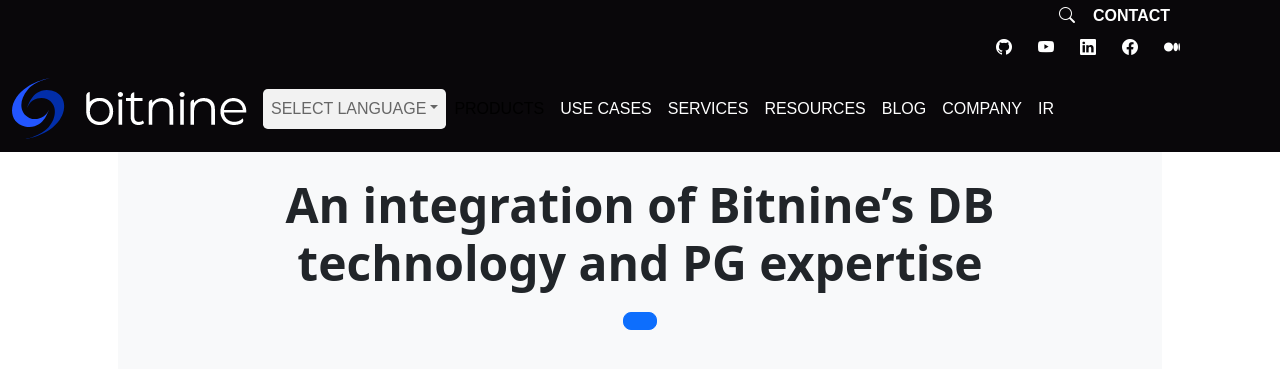
Repository: devblackie/signinpage
Page: /
The author's editor kept a copy of each file at every save. The page is drawn from the files as they stood at one save, then again after the next save.
The browser window is 1280 px wide. The pictures show the whole page.
Some web fonts or font styles are not loaded; a fallback is used. The project was rebuilt for these pictures with package versions that can differ from the ones it lists, and the page was loaded fresh each time. Also part of the build but not shown: vite.config.js, src/components/Signup.jsx, src/components/Login.jsx, src/components/Dashboard.jsx, src/components/ProtectedDashboard.jsx.

Above is the page before, as saved 2023-08-28 13:27:26.

### index.html
<!doctype html>
<html lang="en">
  <head>
    <meta charset="UTF-8" />
    <link rel="preconnect" href="https://fonts.googleapis.com">
<link rel="preconnect" href="https://fonts.gstatic.com" crossorigin>
<link href="https://fonts.googleapis.com/css2?family=Monda:wght@400;700&display=swap" rel="stylesheet">
    <link rel="stylesheet" href="https://cdn.jsdelivr.net/npm/bootstrap-icons@1.10.5/font/bootstrap-icons.css">
    <link href="https://cdn.jsdelivr.net/npm/bootstrap@5.3.1/dist/css/bootstrap.min.css" rel="stylesheet" integrity="sha384-4bw+/aepP/YC94hEpVNVgiZdgIC5+VKNBQNGCHeKRQN+PtmoHDEXuppvnDJzQIu9" crossorigin="anonymous">
    <meta name="viewport" content="width=device-width, initial-scale=1.0" />
    <title>Bitnine Login</title>
  </head>
  <body>
    <div id="root"></div>
    <script type="module" src="/src/main.jsx"></script>
    <script src="https://cdn.jsdelivr.net/npm/bootstrap@5.3.1/dist/js/bootstrap.bundle.min.js" integrity="sha384-HwwvtgBNo3bZJJLYd8oVXjrBZt8cqVSpeBNS5n7C8IVInixGAoxmnlMuBnhbgrkm" crossorigin="anonymous"></script>
  </body>
</html>

### src/App.jsx
import React, { useState } from "react";
import { BrowserRouter as Router, Route, Routes } from "react-router-dom";
import Signup from "./components/Signup";
import Login from "./components/Login";
import Dashboard from "./components/Dashboard";
import Home from "./components/Home";
import ProtectedDashboard from "./components/ProtectedDashboard";
import "./App.css";

const App = () => {
  const [isAuthenticated, setIsAuthenticated] = useState(false);

  const handleLogin = () => {
    setIsAuthenticated(true);
  };

  return (
    <Router>
      <Routes>
        <Route
          path="/dbo"
          element={
            <div>
              <Signup handleLogin={handleLogin} />
              {/* <Login handleLogin={handleLogin} /> */}
            </div>
          }
        />
        <Route
          path="/dashboard"
          // element={<ProtectedDashboard isAuthenticated={isAuthenticated} />}
          element={<Dashboard />}
        />
        <Route
          path="/"
          // element={<ProtectedDashboard isAuthenticated={isAuthenticated} />}
          element={<Home />}
        />
      </Routes>
    </Router>
  );
};

export default App;

### src/components/Home.jsx
import React from "react";
import Header from "./Header";

export default function Home() {
  return (
    <>
      <Header />
      <header className="py-5">
        <div className="container px-lg-5">
          <div className="p-4 p-lg-5 bg-light rounded-3 text-center">
            <div className="m-4 m-lg-5">
              <h1 className="display-5 fw-bold"></h1>
              <h1 className="display-5 fw-bold">An integration of Bitnine’s DB technology and PG expertise</h1>
              <p className="fs-4"></p>
              <p className="fs-4"></p>
              <p className="fs-4"></p>
              <a href="" className="btn btn-primary btn-lg"></a>
            </div>
          </div>
        </div>
      </header>
    </>
  );
}

### src/App.css
#root {
  max-width: 1280px;
  margin: 0 auto;
  padding: 2rem;
  text-align: center;
}
.btn1{background-color:#022ea9;
  color:#fff;
  outline:none;
  border:none;}
  .btn1:hover{
    color:orange;
    background-color:#022ea9;
  }


@media (prefers-reduced-motion: no-preference) {
  a:nth-of-type(2) .logo {
    animation: logo-spin infinite 20s linear;
  }
}

.card {
  padding: 2em;
}

.read-the-docs {
  color: #888;
}

### src/components/signup.css
form .error {
  color: red;
  font-size: 12px;
}
.form-container {
  background-image: url("../assets/map2.png");
  background-size: cover;
  background-repeat: no-repeat;
  font-family: "Monda", sans-serif;
  margin-top: 6em;
}
form {
  background-color: #f2f2f2;
  max-width: 300px;
  margin: 0 auto;
  padding: 20px;
  border: 1px solid #ccc;
  border-radius: 5px;
  box-shadow: 0 2px 4px rgba(0, 0, 0, 0.1);
}
form input {
  margin-bottom: 10px;
  padding: 8px;
  border: none;
  border-bottom: 1px solid #09070a;
  /* border-radius: 3px; */
  background-color: transparent;
}
input:focus,
input:focus-visible {
  outline: none;
  background-color: inherit;
}
form button {
  background-color: #022ea9;
  color: #fff;
  outline: none;
  border: none;
  border-radius: 8px;
  padding: 6px;
}
button:hover {
  color: orange;
  background-color: #022ea9;
}

### src/components/Header.jsx
import React from "react";
import "./style/navbar.css";
import Logo from "../assets/bitnine-logo_.png";

export default function Header() {
  return (
    <>
      <div className="fixed-top header">
        <header class="topbar">
          <div class="container">
            <div class="row">
              {/* <!-- social icon--> */}
              <div class="col-sm-12">
                <ul class="social-network">
                  <div className="hovver">
                    <li>
                      <a class="waves-effect waves-dark" id="hovver" href="#">
                        <i class="bi bi-search"></i>
                      </a>
                    </li>
                    <li>
                      <a
                        class="waves-effect waves-dark tact"
                        id="hovver"
                        href="#"
                      >
                        contact
                      </a>
                    </li>
                  </div>

                  <li>
                    <a class="waves-effect waves-dark" href="#">
                      <i class="bi bi-github"></i>
                    </a>
                  </li>
                  <li>
                    <a class="waves-effect waves-dark" href="#">
                      <i class="bi bi-youtube"></i>
                    </a>
                  </li>
                  <li>
                    <a class="waves-effect waves-dark" href="#">
                      <i class="bi bi-linkedin"></i>
                    </a>
                  </li>
                  <li>
                    <a class="waves-effect waves-dark" href="#">
                      <i class="bi bi-facebook"></i>
                    </a>
                  </li>
                  <li>
                    <a class="waves-effect waves-dark" href="#">
                      <i class="bi bi-medium"></i>
                    </a>
                  </li>
                </ul>
              </div>
            </div>
          </div>
        </header>
        <nav className="navbar navbar-expand-lg">
          <div className="container-fluid">
            <a className="navbar-brand" href="#">
              <img src={`${Logo}`} alt="logo" />
            </a>

            <div
              className="collapse navbar-collapse"
              id="navbarSupportedContent"
            >
              <ul className="navbar-nav me-auto mb-2 mb-lg-0">
                <li className="nav-item dropdown">
                  <a
                    className="nav-link dropdown-toggle color-tertiary"
                    href="#"
                    role="button"
                    data-bs-toggle="dropdown"
                    aria-expanded="false"
                  >
                    Select Language
                  </a>
                  <ul className="dropdown-menu">
                    <li>
                      <a className="dropdown-item" href="#">
                        English
                      </a>
                    </li>
                    <li>
                      <a className="dropdown-item" href="#">
                        한국
                      </a>
                    </li>
                  </ul>
                </li>
                <li className="nav-item">
                  <a className="nav-link active" aria-current="page" href="#">
                    products
                  </a>
                </li>
                <li className="nav-item">
                  <a className="nav-link" href="#">
                    use cases
                  </a>
                </li>
                <li className="nav-item">
                  <a className="nav-link" href="#">
                    services
                  </a>
                </li>
                <li className="nav-item">
                  <a className="nav-link" href="#">
                    resources
                  </a>
                </li>
                <li className="nav-item">
                  <a className="nav-link" href="#">
                    blog
                  </a>
                </li>
                <li className="nav-item">
                  <a className="nav-link" href="#">
                    company
                  </a>
                </li>
                <li className="nav-item">
                  <a className="nav-link" href="#">
                    ir
                  </a>
                </li>
              </ul>
              <button
                className="navbar-toggler btn-sm btn-outline-primary"
                type="button"
                data-bs-toggle="collapse"
                data-bs-target="#navbarSupportedContent"
                aria-controls="navbarSupportedContent"
                aria-expanded="false"
                aria-label="Toggle navigation"
              >
                <span className="navbar-toggler-icon">TRY FREE</span>
              </button>
            </div>
          </div>
        </nav>
      </div>
    </>
  );
}

### src/components/style/navbar.css
.header {
  background-color: #09070a;
  font-family: "Monda", sans-serif;
}
.nav-item .nav-link {
  color: #fff;
  text-transform: uppercase;
}
.nav-item .active {
  color: #d4c433;
}
.dropdown {
  background-color: #f2f2f2;
  border-radius: 0.3rem;
  .nav-link {
    color: #666666;
  }
}
.topbar {
  padding: 0;
}

.topbar .container .row {
  margin: -7px;
  padding: 0;
}

.topbar .container .row .col-md-12 {
  padding: 0;
}

.topbar p {
  margin: 0;
  display: inline-block;
  font-size: 13px;
  color: #f1f6ff;
}

.topbar p > i {
  margin-right: 5px;
}
.topbar p:last-child {
  text-align: right;
}

header .navbar {
  margin-bottom: 0;
}

.topbar li.topbar {
  display: inline;
  padding-right: 18px;
  line-height: 52px;
  transition: all 0.3s linear;
}

.topbar li.topbar:hover {
  color: #1bbde8;
}

.topbar ul.info i {
  color: #131313;
  font-style: normal;
  margin-right: 8px;
  display: inline-block;
  position: relative;
  top: 4px;
}

.topbar ul.info li {
  float: right;
  padding-left: 30px;
  color: #ffffff;
  font-size: 13px;
  line-height: 44px;
}

.topbar ul.info i span {
  color: #aaa;
  font-size: 13px;
  font-weight: 400;
  line-height: 50px;
  padding-left: 18px;
}

ul.social-network {
  border: none;
  margin: 0;
  padding: 0;
}

ul.social-network li {
  border: none;
  margin: 0;
}
ul.social-network li a {
  text-decoration: none;
  text-transform: uppercase;
}
ul.social-network li a#hovver:hover {
  color: #666666;
  font-weight: 700;
  font-family: "Monda", sans-serif;
}
ul.social-network li a.tact {
  /* color:red; */
  font-weight: 700;
  font-family: "Monda", sans-serif;
  margin-right: 2rem;
  padding-right: 2rem;
}
ul.social-network li i {
  margin: 0;
}

ul.social-network li {
  display: inline;
  margin: 0 5px;
  border: 0px solid #2d2d2d;
  padding: 5px 0 0;
  width: 32px;
  display: inline-block;
  text-align: center;
  height: 32px;
  vertical-align: baseline;
  color: #000;
}

ul.social-network {
  list-style: none;
  margin: 5px 0 10px -25px;
  float: right;
}

.waves-effect {
  position: relative;
  cursor: pointer;
  display: inline-block;
  overflow: hidden;
  -webkit-user-select: none;
  -moz-user-select: none;
  -ms-user-select: none;
  user-select: none;
  -webkit-tap-highlight-color: transparent;
  vertical-align: middle;
  z-index: 1;
  will-change: opacity, transform;
  transition: 0.3s ease-out;
  color: #fff;
}

Loaded but not shown: src/main.jsx (common file)

After the next save:
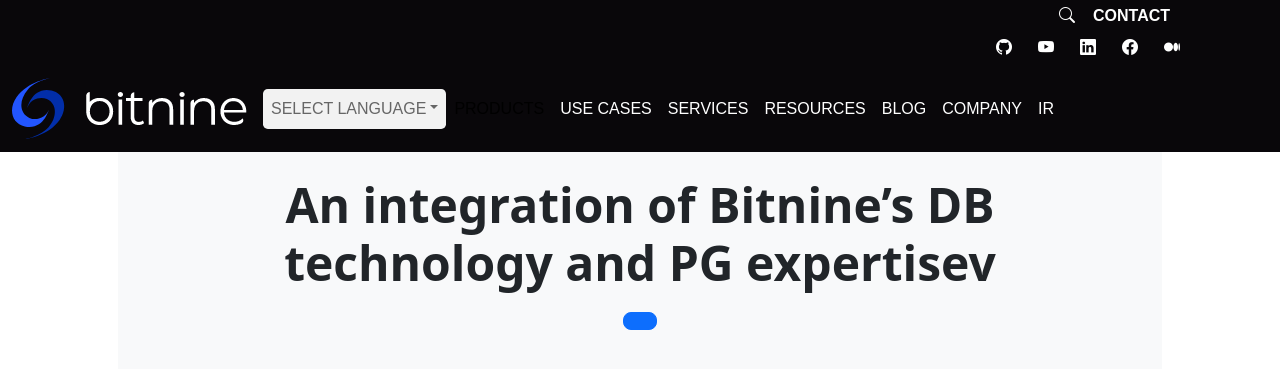
Saved 5 s later.
--- a/src/components/Home.jsx
+++ b/src/components/Home.jsx
@@ -10,7 +10,7 @@
           <div className="p-4 p-lg-5 bg-light rounded-3 text-center">
             <div className="m-4 m-lg-5">
               <h1 className="display-5 fw-bold"></h1>
-              <h1 className="display-5 fw-bold">An integration of Bitnine’s DB technology and PG expertise</h1>
+              <h1 className="display-5 fw-bold">An integration of Bitnine’s DB technology and PG expertisev</h1>
               <p className="fs-4"></p>
               <p className="fs-4"></p>
               <p className="fs-4"></p>
